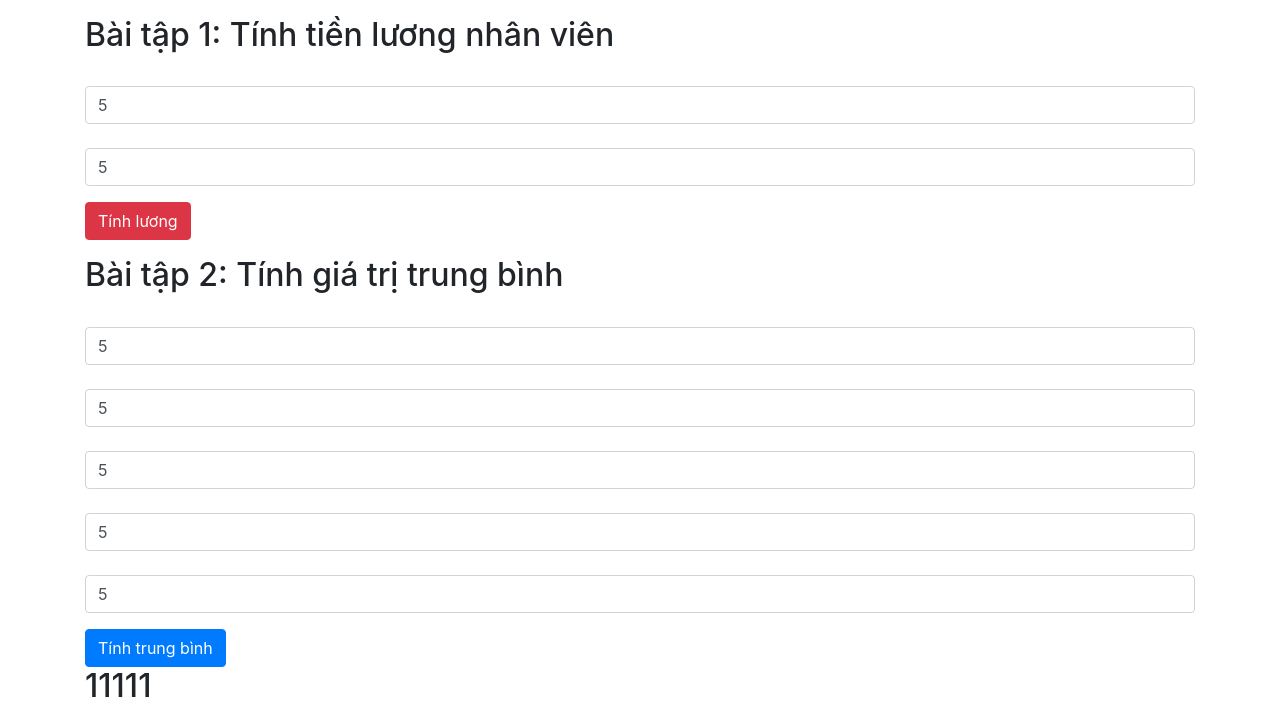
Repository: thanhfrankie/BC10-LeMinhThanh-Js-b2-3
Page: index.html
An editor plug-in stored every save of this project. The page is shown before and after the next save, followed by the edit.
The browser window is 1280 px wide. The pictures show the whole page.
Empty fields were first filled with sample values (such as "Sample", 5 or name@example.com).
After loading, the first visible `button.btn-primary` was clicked once.

Above is the page before, as saved 2023-12-15 15:37:17.

After the next save:
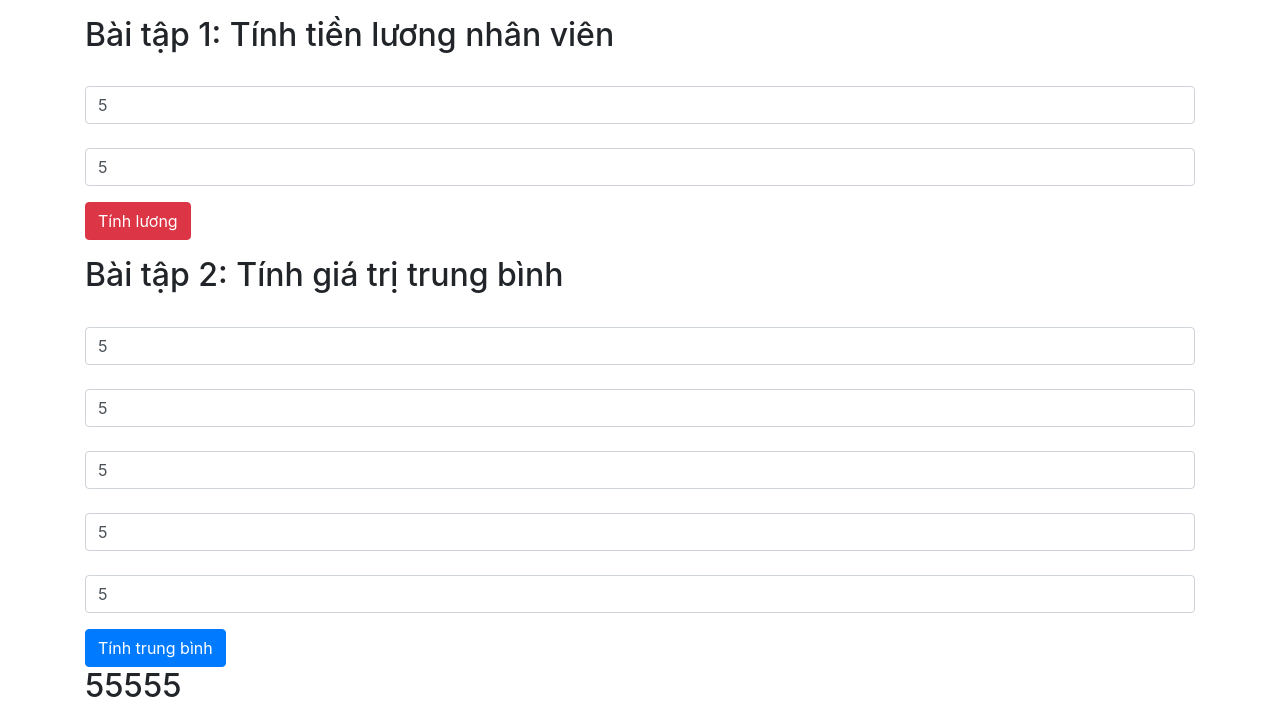
Saved 33 s later.
--- a/index.js
+++ b/index.js
@@ -29,7 +29,7 @@ function tinhTrungBinh() {
     var soThu4 = document.getElementById("so-thu-4").value
     var soThu5 = document.getElementById("so-thu-5").value
 
-    var trungBinh =   (soThu1 + soThu2 + soThu3 + soThu4 + soThu5) / 5
+    var trungBinh =   (soThu1 + soThu2 + soThu3 + soThu4 + soThu5)
     var ketQua = document.getElementById("ket-qua")
     ketQua.innerText = trungBinh
 }
